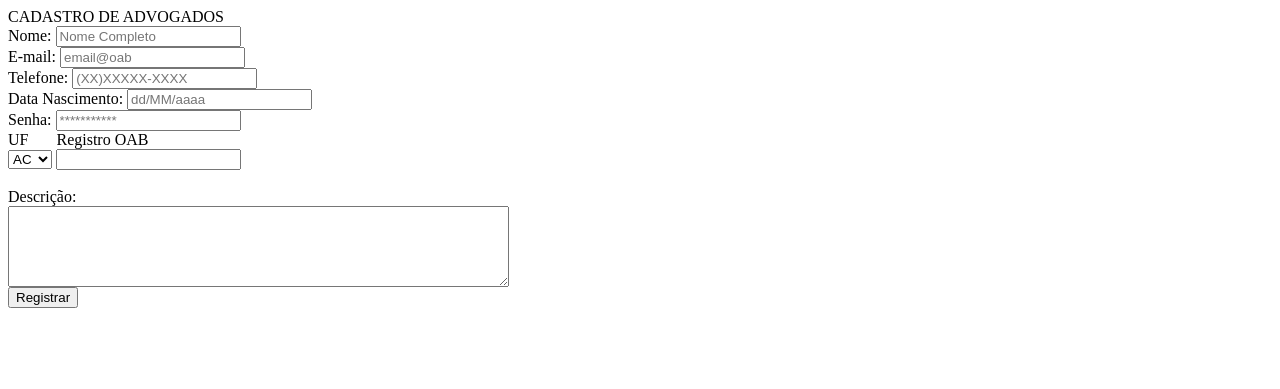
Repository: Natan16/CRUDJUSTTO
Page: http://localhost/CRUDJUSTTOWEB/adiciona-advogado.jsp
An editor plug-in stored every save of this project. The page is shown before and after the next save, followed by the edit.
The browser window is 1280 px wide. The pictures show the whole page.
The page is served by Tomcat 9.

Above is the page before, as saved 2019-08-31 21:03:46.

After the next save:
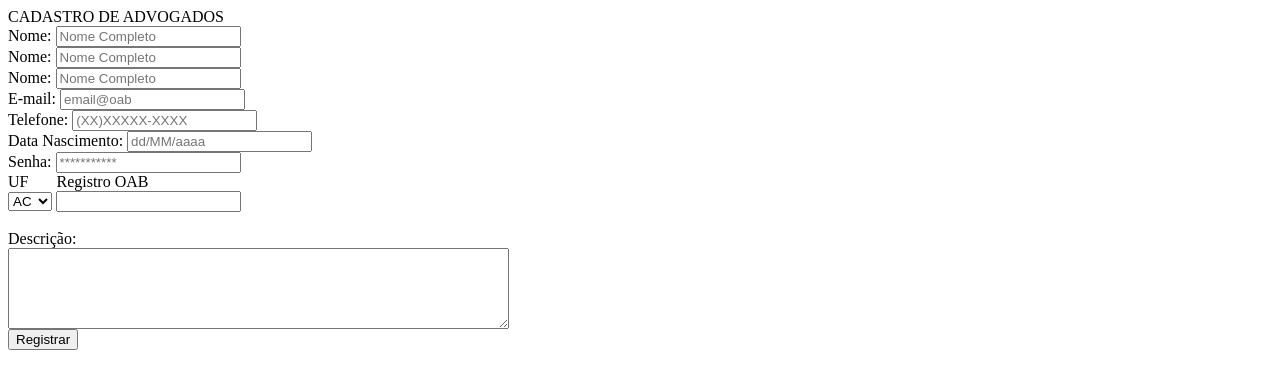
Saved 80 s later.
--- a/CRUDJUSTTOWEB/WebContent/adiciona-advogado.jsp
+++ b/CRUDJUSTTOWEB/WebContent/adiciona-advogado.jsp
@@ -7,7 +7,7 @@
      <body>
           CADASTRO DE ADVOGADOS <br />
       	<form action="adicionaAdvogado">
-            <%--  <c:choose>
+             <c:choose>
 			 	<c:when test="${not empty param.nome}">
 					Nome: <input type="text" name="nome" placeholder="Nome Completo" value="${param.nome}" required/><br />
 			    </c:when>
@@ -15,7 +15,7 @@
 			  <c:otherwise>
 			   		Nome: <input type="text" name="nome" placeholder="Nome Completo" required/><br />
 			  </c:otherwise>
-			</c:choose> --%>
+			</c:choose>
          	 Nome: <input type="text" name="nome" placeholder="Nome Completo" required/><br />
              E-mail: <input type="text" name="email" placeholder="email@oab" required/><br />
              Telefone: <input type="text" name="telefone" placeholder="(XX)XXXXX-XXXX"/><br />
